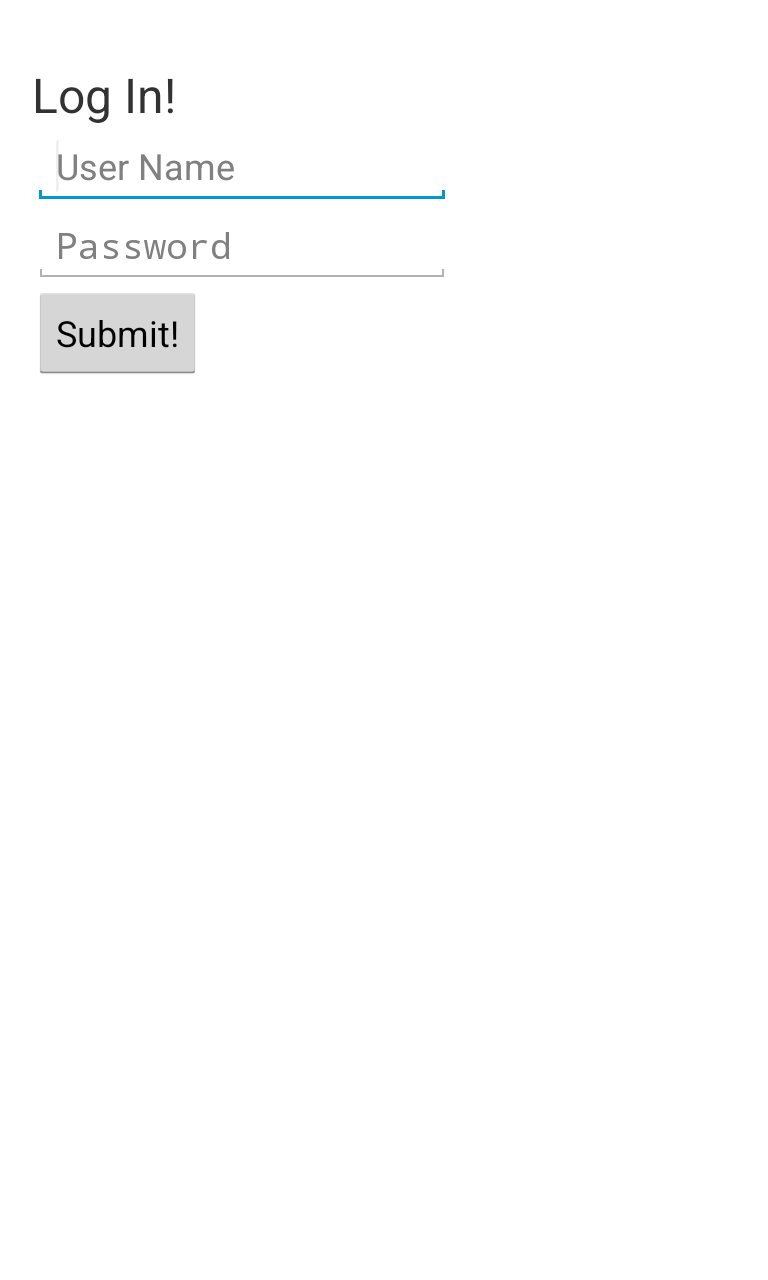
Repository: elf1218/pennapps2014s
Layout: Scavangel/res/layout/activity_main.xml
An editor plug-in stored every save of this project. The layout is shown before and after the next save, followed by the edit.
It is drawn on a 768 x 1280 px phone screen (xhdpi) without system bars, with theme AppTheme; the app's code is not run.

Above is the layout before, as saved 2014-02-15 06:07:23.

After the next save:
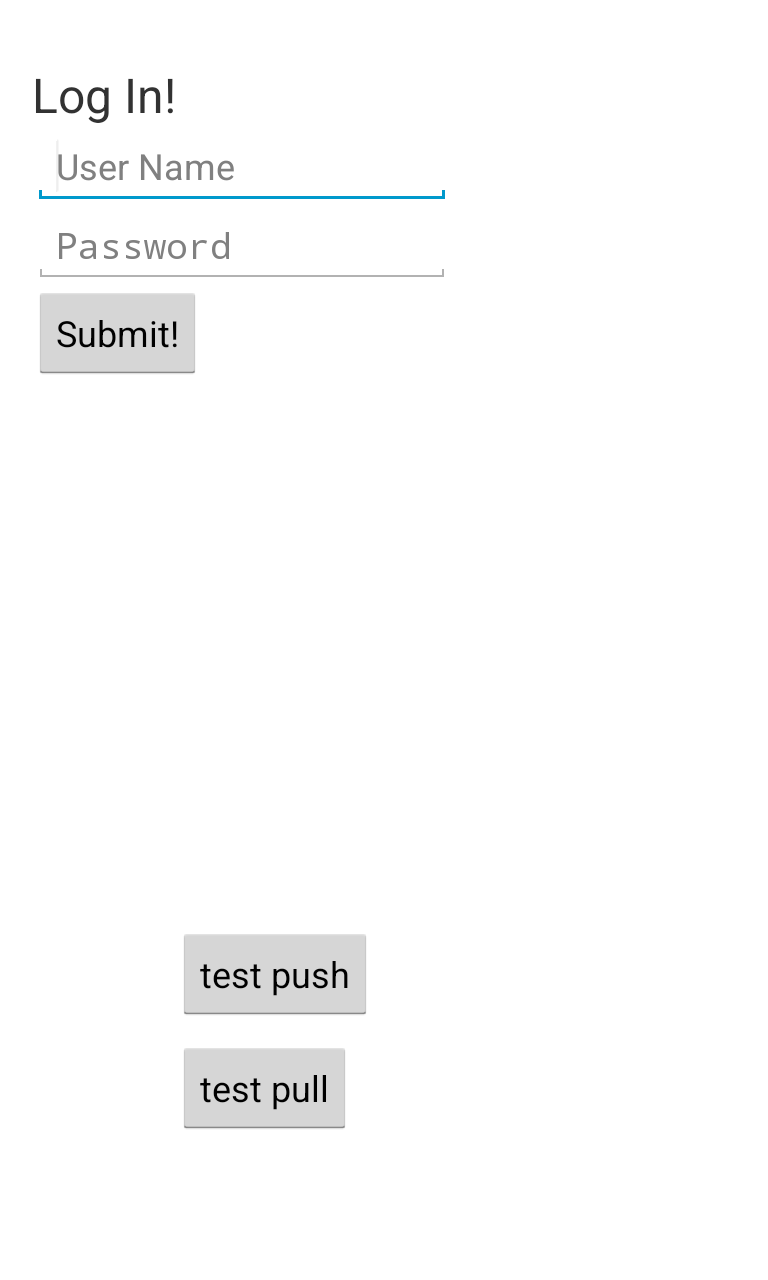
Saved 8 s later.
--- a/Scavangel/res/layout/activity_main.xml
+++ b/Scavangel/res/layout/activity_main.xml
@@ -49,4 +49,22 @@
         android:text="@string/login"
         android:textSize="24sp" />
 
+    <Button
+        android:id="@+id/button2"
+        android:layout_width="wrap_content"
+        android:layout_height="wrap_content"
+        android:layout_alignParentBottom="true"
+        android:layout_marginBottom="113dp"
+        android:layout_toRightOf="@+id/textView1"
+        android:text="@string/t1" />
+
+    <Button
+        android:id="@+id/button3"
+        android:layout_width="wrap_content"
+        android:layout_height="wrap_content"
+        android:layout_alignLeft="@+id/button2"
+        android:layout_alignParentBottom="true"
+        android:layout_marginBottom="56dp"
+        android:text="@string/t2" />
+
 </RelativeLayout>
